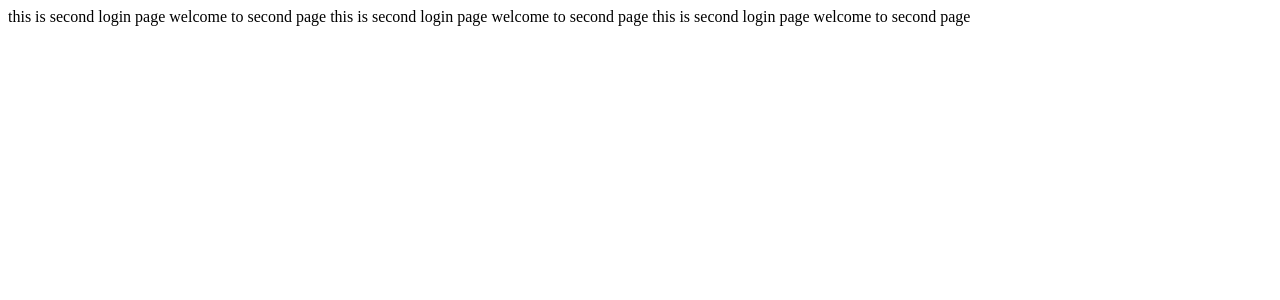
Repository: manoj-991/geeky_16
Page: login2.html
These files come from the project's save history. The page is drawn as it stood at one moment and after a run of saves; the edit follows.
The browser window is 1280 px wide. The pictures show the whole page.

Above is the page before, as saved 2026-04-24 11:22:56.

### login2.html
this is second login page
welcome to second page
this is second login page
welcome to second page
this is second login page
welcome to second page

After the next 2 saves:
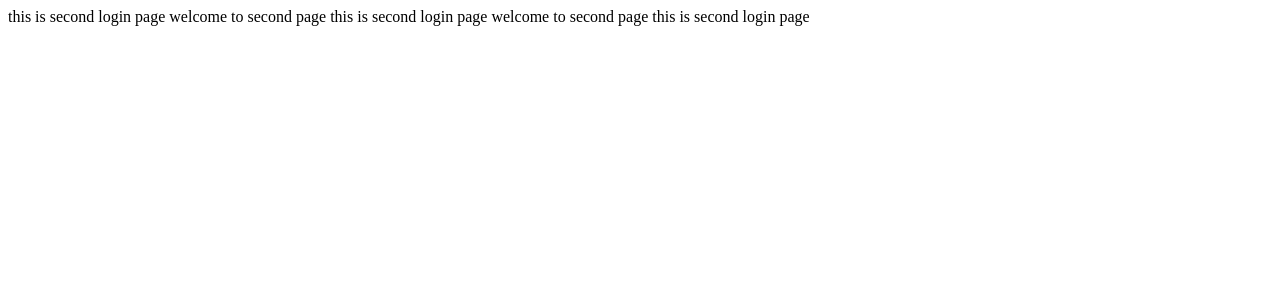
The 2 saves are shown as one change because they came seconds apart.
The last was saved 2 min 52 s later.
--- a/login2.html
+++ b/login2.html
@@ -3,4 +3,3 @@
 this is second login page
 welcome to second page
 this is second login page
-welcome to second page
